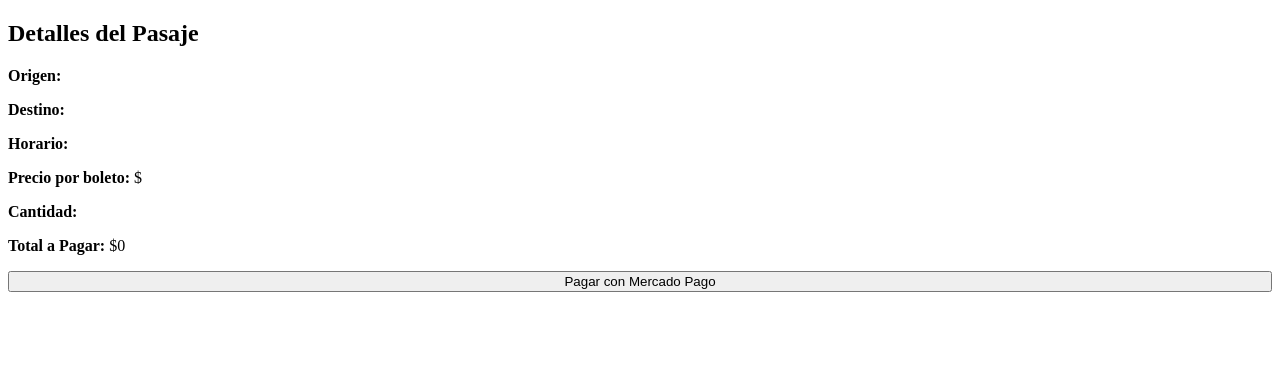
Repository: francoluca35/ventaboletos
Page: /pago
The author's editor kept a copy of each file at every save. The page is drawn from the files as they stood at one save, then again after the next save.
The browser window is 1280 px wide. The pictures show the whole page.
The project was rebuilt for these pictures with package versions that can differ from the ones it lists, and the page was loaded fresh each time. The framework's server and built-in components were replaced by stand-ins that run in the browser. Also part of the build but not shown: next.config.mjs.

Above is the page before, as saved 2025-03-17 17:23:12.

After the next save:
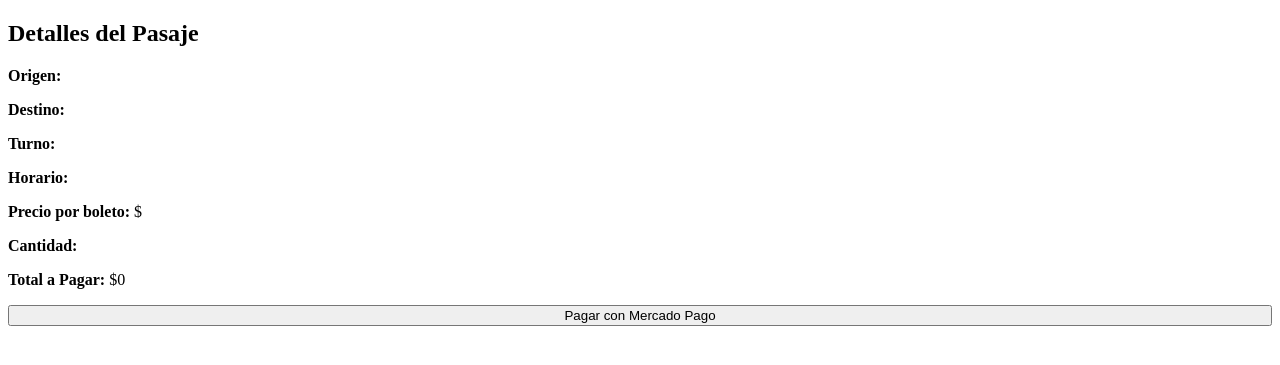
Saved 97 s later.
--- a/src/app/pago/page.js
+++ b/src/app/pago/page.js
@@ -6,7 +6,8 @@
   const searchParams = useSearchParams();
   const origen = searchParams.get("origen");
   const destino = searchParams.get("destino");
-  const hora = searchParams.get("hora");
+  const turno = searchParams.get("horario");
+  const hora = searchParams.get("hora")
   const precio = searchParams.get("precio");
   const cantidad = searchParams.get("cantidad");
 
@@ -17,6 +18,7 @@
       <h2 className="text-xl font-bold mb-4">Detalles del Pasaje</h2>
       <p><strong>Origen:</strong> {origen}</p>
       <p><strong>Destino:</strong> {destino}</p>
+      <p><strong>Turno:</strong> {turno}</p>
       <p><strong>Horario:</strong> {hora}</p>
       <p><strong>Precio por boleto:</strong> ${precio}</p>
       <p><strong>Cantidad:</strong> {cantidad}</p>
